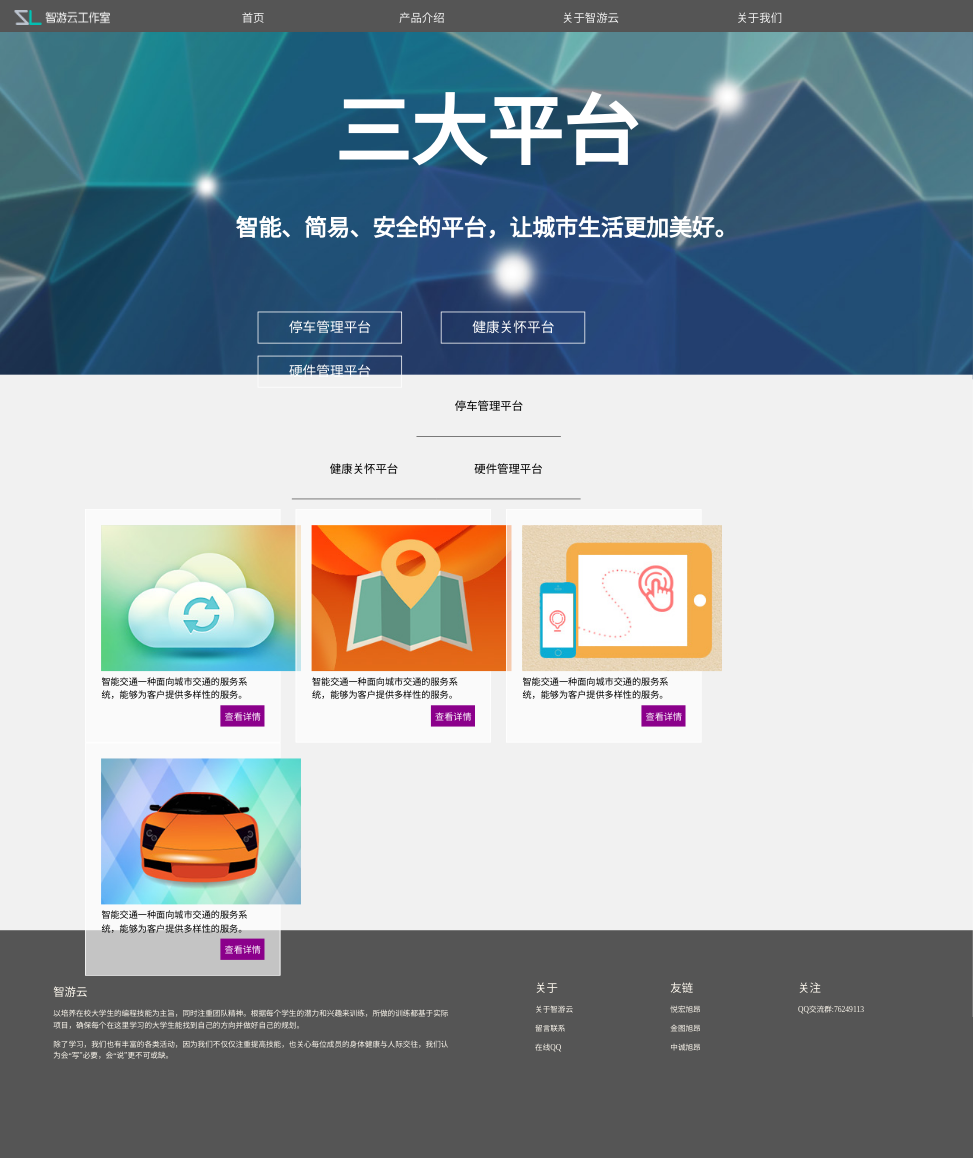
Repository: dakai1234/webTest
Page: 智游云1/product/product.html
An editor plug-in stored every save of this project. The page is shown before and after the next save, followed by the edit.
The browser window is 1280 px wide. The pictures show the whole page, at 76% of full size.

Above is the page before, as saved 2021-04-11 22:48:41.

### 智游云1/product/product.html
<!DOCTYPE html>
<html lang="en">

<head>
    <meta charset="UTF-8">
    <meta http-equiv="X-UA-Compatible" content="IE=edge">
    <meta name="viewport" content="width=device-width, initial-scale=1.0">
    <link rel="stylesheet" href="../headerCss/header.css">
    <link rel="stylesheet" href="../footerCss/footer.css">
    <link rel="stylesheet" href="product.css">
    <title>产品介绍</title>
</head>

<body>
    <div class="header">
        <a href="images/logo.png"><img class="logo_img" src="../about/images/logo.png"></a>
        <a href="../index/index.html"> 首页 </a>
        <a href="product.html"> 产品介绍 </a>
        <a href="../about/about.html"> 关于智游云 </a>
        <a href="#"> 关于我们 </a>
    </div>

    <div class="billboard">
        <h1>三大平台</h1>
        <h2>智能、简易、安全的平台，让城市生活更加美好。</h2>
        <div class="platform">
            <div class="platform_content">
                <a href="#">停车管理平台</a>
            </div>
            <div class="platform_content">
                <a href="#">健康关怀平台</a>
            </div>
            <div class="platform_content">
                <a href="#">硬件管理平台</a>
            </div>
        </div>
    </div>

    <div class="main">
        <div class="main_title">
            <p>停车管理平台</p>
            <p>健康关怀平台</p>
            <p>硬件管理平台</p>
        </div>
        <div class="main_con">
            <div class="mod">
                <div class="card">
                    <div class="card-img">
                        <img src="images/park1.jpg" alt="图片">
                    </div>
                    <p>智能交通一种面向城市交通的服务系统，能够为客户提供多样性的服务。</p>
                    <a href="#" class="more">查看详情</a>
                </div>
                <div class="card">
                    <div class="card-img">
                        <img src="images/park2.jpg" alt="图片">
                    </div>
                    <p>智能交通一种面向城市交通的服务系统，能够为客户提供多样性的服务。</p>
                    <a href="#" class="more">查看详情</a>
                </div>
                <div class="card">
                    <div class="card-img">
                        <img src="images/park3.jpg" alt="图片">
                    </div>
                    <p class="brief">智能交通一种面向城市交通的服务系统，能够为客户提供多样性的服务。</p>
                    <a href="#" class="more">查看详情</a>
                </div>
                <div class="card">
                    <div class="card-img">
                        <img src="images/park4.jpg" alt="图片">
                    </div>
                    <p>智能交通一种面向城市交通的服务系统，能够为客户提供多样性的服务。</p>
                    <a href="#" class="more">查看详情</a>
                </div>
            </div>
        </div>
    </div>
    <div class="footer">
        <div class="footer_inner">
            <div class="text">
                <span>智游云</span>
                <p>
                    以培养在校大学生的编程技能为主旨，同时注重团队精神。根据每个学生的潜力和兴趣来训练，所做的训练都基于实际项目，确保每个在这里学习的大学生能找到自己的方向并做好自己的规划。
                </p>
                <p>
                    除了学习，我们也有丰富的各类活动，因为我们不仅仅注重提高技能，也关心每位成员的身体健康与人际交往，我们认为会“写”必要，会“说”更不可或缺。
                </p>
            </div>
        </div>
        <div class="footer_inner">
            <div class="text_intro">
                <span>关于</span>
                <p>关于智游云</p>
                <p>留言联系</p>
                <p>在线QQ</p>
            </div>
            <div class="text_intro">
                <span>友链</span>
                <p>悦宏旭昂</p>
                <p>金图旭昂</p>
                <p>中诚旭昂</p>
            </div>
            <div class="text_intro">
                <span>关注</span>
                <p>QQ交流群:76249113</p>
            </div>

        </div>
    </div>
</body>

</html>

### 智游云1/headerCss/header.css
* {
    margin: 0;
    padding: 0;
}

.header {
    margin: 0 auto;
    background-color: #555;
    width: 100%;
    overflow: auto;
    position: fixed;
    top: 0;
}

.header a {
    float: left;
    width: 15%;
    color: #f2f2f2;
    text-align: center;
    padding: 12px 15px 8px 15px;
    text-decoration: none;
    font-size: 15px;
}

.header a:hover {
    color: #333;
}

.header a:active {
    color: #333;
}

.logo_img {
    float: left;
    width: 70%;
}

### 智游云1/footerCss/footer.css
.footer {
    margin: 40px 0px 0px 0px;
    height: 300px;
    width: 100%;
    background-color: #555;
    overflow: auto;
}

.footer_inner {
    width: 50%;
    float: left;
}

.text {
    margin: 50px;
    padding: 20px 0px 50px 20px;
    text-align: left;
    font-size: 10px;
    color: floralwhite;
    font-weight: lighter;
}

.text span {
    font-size: 15px;
    color: floralwhite;
    margin-bottom: 10px;
}

.text p {
    margin-top: 10px;
}

.text_intro {
    padding: 10% 10%;
    font-size: 10px;
    margin-bottom: 10px;
    color: floralwhite;
    font-weight: lighter;
    float: left;
}

.text_intro span {
    font-size: 15px;
}

.text_intro p {
    margin-top: 10px;
}

.text_intro p:hover {
    color: #000;
}

### 智游云1/product/product.css
.billboard {
    margin-top: -2%;
    margin-bottom: 0%;
    text-align: center;
    width: 100%;
    height: 486px;
    z-index: 1;
    background: #34576D url(images/bigpicbg.jpg) no-repeat center top;
}

.billboard h1 {
    color: #fff;
    padding-top: 80px;
    margin: 3%;
    font-size: 100px;
}

.billboard h2 {
    font-size: 30px;
    color: #fff;
}

.platform {
    width: 50%;
    margin: 5% 25% 0% 24%;
}

.platform_content {
    margin: 5% 3% 0% 5%;
    float: left;
}

.platform_content a {
    border: solid 1px #fff;
    color: #fff;
    padding: 10px 40px;
    font-size: 18px;
    text-decoration: none;
}

.platform_content a:hover {
    box-shadow: 0.25px 0.25px 2px 2px #f1f1f1 inset;
}

.main {
    margin-top: -2%;
    margin-bottom: -100px;
    width: 100%;
    background-color: #f1f1f1;
}

.main_title {
    margin: 0px 30% 20px 30%;
}

.main_title p {
    padding: 30px 50px;
    font-size: 15px;
    float: left;
    border-bottom: solid 1px #555;
}

.main_con {
    width: 100%;
    overflow: auto;
}

.mod {
    margin: 1% 8% 0% 8%;
}

.card {
    border: solid 1px #fff;
    margin: auto 10px;
    background-color: rgba(255, 255, 255, 0.651);
    padding: 20px 20px;
    width: 20%;
    float: left;
}

.card p {
    font-size: 12px;
    text-align: left;
}

.card a {
    margin-top: 5px;
    padding: 5px;
    background-color: darkmagenta;
    font-size: 12px;
    float: right;
    color: #fff;
    text-decoration: none;
}

After the next save:
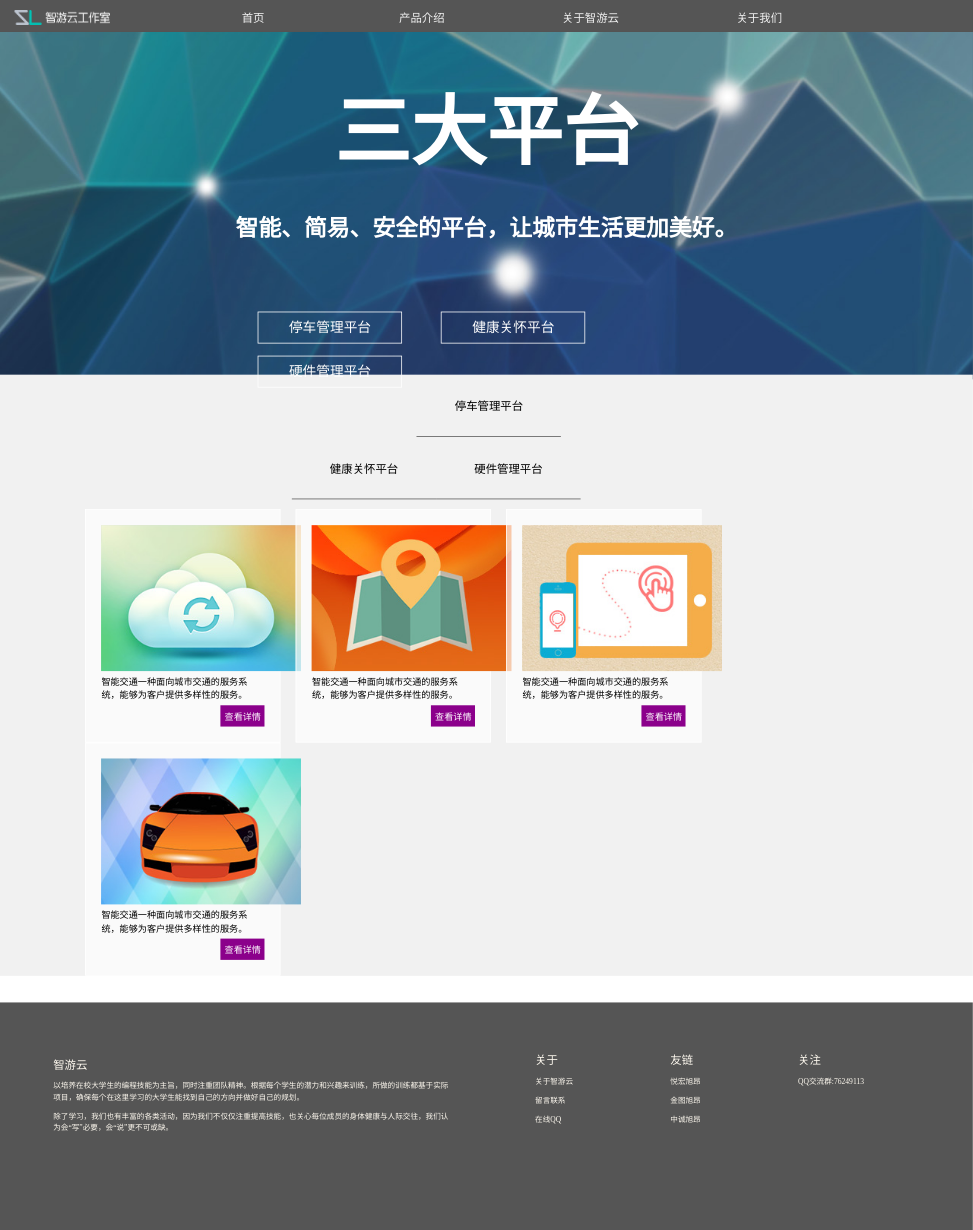
Saved 9 s later.
--- a/智游云1/product/product.css
+++ b/智游云1/product/product.css
@@ -44,7 +44,7 @@
 
 .main {
     margin-top: -2%;
-    margin-bottom: -100px;
+    margin-bottom: -5px;
     width: 100%;
     background-color: #f1f1f1;
 }
